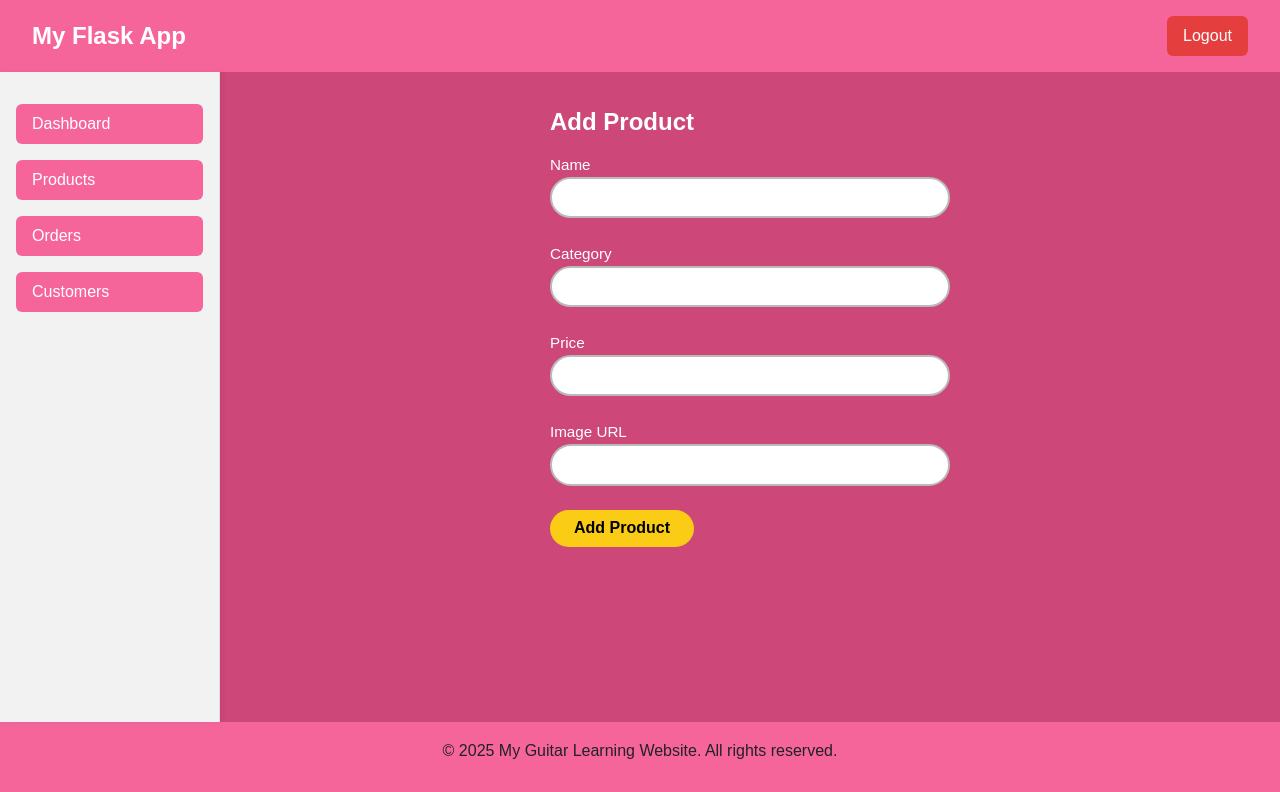
Repository: rywkoo/LearnGuitar
Page: templates/admin/addproduct.html
An editor plug-in stored every save of this project. The page is shown before and after the next save, followed by the edit.
The browser window is 1280 px wide. The pictures show the whole page.
The page is served by the project's application, run on Flask 3 (app.py). Other server files are loaded and not shown. The template is opened directly, without the code that normally fills it, so the values that code supplies are empty.

Above is the page before, as saved 2025-08-25 20:38:56.

### templates/admin/addproduct.html
{% extends "admin/admin_master.html" %}

{% block main_content %}


<div  style="width: 400px; margin: auto;">
    <h2 style="color: white;">Add Product</h2>
    <form method="POST">
        <div class="mb-3">
            <label style="color: white;">Name</label>
            <input class="input"type="text" name="name" class="form-control" required>
        </div>
    </br>
        <div class="mb-3">
            <label style="color: white;" >Category</label>
            <input class="input"  type="text" name="category" class="form-control" required>
        </div>
        </br>
        <div class="mb-3">
            <label style="color: white;" >Price</label>
            <input class="input" type="number" name="price" class="form-control" required>
        </div>
        </br>
        <div class="mb-3">
            <label style="color: white;">Image URL</label>
            <input class="input" type="text" name="image" class="form-control" required>
        </div>
        </br>
        <button class="btn btn-primary" type="submit">Add Product</button>
    </form>
</div>
{% endblock %}

### templates/admin/admin_master.html
<!DOCTYPE html>
<html lang="en">
<head>
  <meta charset="UTF-8">
  <title>{% block title %}My Flask App{% endblock %}</title>
  {% include "css.html" %}
</head>
<body style="margin:0; font-family: sans-serif;">

  <!-- ===== Navbar ===== -->
  <nav style="padding: 1rem 2rem; display: flex; justify-content: space-between; align-items: center; background: #f6659a; color:white;">
    <div class="logo" style="font-weight: 700; font-size: 1.5rem;">My Flask App</div>
    <div class="nav-links" style="display: flex; gap:5px;">
      <a href="/logout" style="padding: 0.5rem 1rem; background: #e53e3e; color:white; border-radius: 6px; text-decoration:none;">Logout</a>
    </div>
  </nav>

  <!-- ===== Layout Wrapper ===== -->
  <div style="display: flex; min-height: calc(100vh - 70px);">

    <!-- ===== Sidebar ===== -->
    <aside style="
      width: 220px;
      background: #f2f2f2;
      padding: 2rem 1rem;
      border-right: 1px solid #ddd;
      box-shadow: 2px 0 6px rgba(0,0,0,0.05);
    ">
      <nav style="display: flex; flex-direction: column; gap: 1rem;">
        <a href="/admin" style="padding: 0.5rem 1rem; border-radius: 6px; background:#f6659a; color:white; text-decoration:none;">Dashboard</a>
        <a href="/admin/products" style="padding: 0.5rem 1rem; border-radius: 6px; background:#f6659a; color:white; text-decoration:none;">Products</a>
        <a href="/admin/orders" style="padding: 0.5rem 1rem; border-radius: 6px; background:#f6659a; color:white; text-decoration:none;">Orders</a>
        <a href="/admin/customers" style="padding: 0.5rem 1rem; border-radius: 6px; background:#f6659a; color:white; text-decoration:none;">Customers</a>
      </nav>
    </aside>

    <!-- ===== Main Content ===== -->
    <main style="flex: 1; padding: 2rem;">
      {% block main_content %}
      <!-- Page content will go here -->
      {% endblock %}
    </main>

  </div>

  <!-- ===== Footer ===== -->
  <footer style="text-align: center; padding: 1rem 1rem; background: #f6659a; color:white; border-top: 1px solid #f6659a;">
    <p>&copy; 2025 My Guitar Learning Website. All rights reserved.</p>
  </footer>

  {% include "script.html" %}

  <script src="https://unpkg.com/vue@3/dist/vue.global.js"></script>
</body>
</html>

### templates/css.html
<!-- css.html -->
<link rel="stylesheet" href="{{ url_for('static', filename='css/btn.css') }}">
<link rel="stylesheet" href="{{ url_for('static', filename='css/card.css') }}">
<link rel="stylesheet" href="{{ url_for('static', filename='css/input.css') }}">
<link rel="stylesheet" href="{{ url_for('static', filename='css/typography.css') }}">
<link rel="stylesheet" href="{{ url_for('static', filename='css/style.css') }}">
<link rel="stylesheet" href="{{ url_for('static', filename='css/animation.css') }}">
<link rel="stylesheet" href="{{ url_for('static', filename='css/lesson.css') }}">
<link rel="stylesheet" href="{{ url_for('static', filename='css/shop.css') }}">

### templates/script.html
<script src="https://cdn.jsdelivr.net/npm/sweetalert2@11"></script>
<script>
  // ===== Background Slider =====
  (function() {
    const bgSlider = document.querySelector('.hero-left .hero-bg-slider');
    if (!bgSlider) return; // Exit if element doesn't exist

    const images = [
      'https://www.uk-anime.net/images/bocchimain.png',
      'https://www.cnet.com/a/img/resize/3b4b3e192a9d75bd060ba4debe8d13a14caef990/hub/2024/07/06/b6981ace-771d-4971-8a9e-60e8c83bc66e/bocchi-the-rock-photo-1.jpg?auto=webp&fit=crop&height=900&width=1200',
      'https://www.uk-anime.net/images/bocchimain.png',
      'https://www.cnet.com/a/img/resize/3b4b3e192a9d75bd060ba4debe8d13a14caef990/hub/2024/07/06/b6981ace-771d-4971-8a9e-60e8c83bc66e/bocchi-the-rock-photo-1.jpg?auto=webp&fit=crop&height=900&width=1200'
    ];

    let current = 0;

    function changeBackground() {
      bgSlider.style.backgroundImage = `url(${images[current]})`;
      current = (current + 1) % images.length;
    }

    changeBackground();
    setInterval(changeBackground, 5000);
  })();
</script>

<script>
  // ===== Quantity Adjust =====
  function adjustQty(delta) {
    const input = document.getElementById('quantityInput');
    if (!input) return; // Exit if element doesn't exist

    let value = parseInt(input.value);
    if (!isNaN(value)) {
      input.value = Math.max(1, value + delta);
    }
  }
</script>

### app.py
from flask import Flask, render_template, request, redirect, url_for, flash, session, jsonify
from flask_mail import Mail, Message
import json
import requests
from datetime import date
from dotenv import load_dotenv
import os
from reportlab.lib.pagesizes import letter
from reportlab.pdfgen import canvas

app = Flask(__name__)
app.secret_key = "741e4fa4-f067-4aec-b48d-deb18e9cca92"

import route

@app.route("/components")
def components():
    return render_template("component.html")

if __name__ == "__main__":
    app.run(debug=True)

### static/css/btn.css
.btn {
  display: inline-block;
  padding: 0.6rem 1.5rem;
  border-radius: 9999px;  /* fully rounded */
  border: none;
  cursor: pointer;
  font-weight: 600;
  text-decoration: none;
  transition: background 0.2s, box-shadow 0.2s;
  font-size: 1rem;

  /* Add shadow */
/* flat shadow downwards */
}

/* Optional: hover effect (slightly stronger shadow) */
.btn:hover {
  box-shadow: 0 3px 0 #45454576;
}

/* Primary: Yellow bg, black text */
.btn-primary {
  background: #facc15;
  color: #000;
}

/* Secondary: Blue bg, white text */
.btn-secondary {
  background: #3b82f6;
  color: #fff;
}

/* Danger: Red bg, white text */
.btn-danger {
  background: #ef4444;
  color: #fff;
}

### static/css/card.css
/* ===== Base Card Component ===== */
.card {
  border-radius: 16px;       /* rounded corners */
  padding: 1.5rem;
  margin-bottom: 1.5rem;
  transition: box-shadow 0.3s, transform 0.2s;
  color: #111;               /* default text color */
  box-shadow: 0 4px 0 #888888; /* default flat shadow */
}

.card:hover {
  transform: translateY(-2px);
  box-shadow: 0 6px 0 #888888; /* slightly longer shadow on hover */
}

/* ===== Card Variants ===== */

/* Primary - Pink */
.card-pink {
  background: #f6659a;       /* light pink */
  box-shadow: 0 4px 0 #d35c7f;
}
.card-pink:hover {
  box-shadow: 0 6px 0 #af4d6b;
}

/* Secondary - Yellow */
.card-yellow {
  background: #facc15;       /* yellow */
  box-shadow: 0 4px 0 #d4a90f;
}
.card-yellow:hover {
  box-shadow: 0 6px 0 #e0b01a;
}

/* Danger/Accent - Blue */
.card-blue {
  background: #3b82f6;       /* blue */
  color: #fff;               /* white text for contrast */
  box-shadow: 0 4px 0 #2563eb;
}
.card-blue:hover {
  box-shadow: 0 6px 0 #1d4ed8;
}

/* Card header */
.card h2 {
  font-size: 1.25rem;
  margin-bottom: 0.8rem;
}

/* Card paragraph/text */
.card p {
  font-size: 1rem;
}

### static/css/input.css
/* ===== Input Fields ===== */
* {
  margin: 0;
  padding: 0;
  box-sizing: border-box; /* ensures padding is included in width */
}


.input {
  width: 100%;
  padding: 0.6rem 1rem;
  border: 2px solid #bababa;   /* gray border matching shadow */
  border-radius: 9999px;       /* fully rounded, like buttons */
  background: #ffffff;         /* very light pink background */
  font-size: 1rem;
  outline: none;
  transition: border-color 0.2s, box-shadow 0.2s;
  color: #111;                 /* dark text */
}

### static/css/typography.css
/* ===== Global Text Settings ===== */
body {
  font-family: 'Segoe UI', Tahoma, Geneva, Verdana, sans-serif;
  color: #111;       /* dark text for readability */
  line-height: 1.5;
  background: #fffafc; /* subtle light background */
}

/* ===== Headings ===== */
h1 {
  font-size: 2rem;
  font-weight: 700;
  margin-bottom: 1rem;
  color: #111;
}

h2 {
  font-size: 1.5rem;
  font-weight: 600;
  margin-bottom: 0.8rem;
  color: #111;
}

h3 {
  font-size: 1.25rem;
  font-weight: 500;
  margin-bottom: 0.6rem;
  color: #111;
}

/* ===== Paragraphs ===== */
p {
  font-size: 1rem;
  margin-bottom: 0.8rem;
  color: #222;  /* slightly lighter than headings */
}

/* ===== Labels ===== */
label {
  font-size: 0.95rem;
  font-weight: 500;
  color: #111;
}

/* ===== Links ===== */
a {
  text-decoration: none;
  transition: color 0.2s;
}

a:hover {
  text-decoration: none;
}

/* ===== Small Text ===== */
small {
  font-size: 0.85rem;
  color: #ffffff;
}

/* ===== Button Text ===== */
.btn {
  font-family: inherit; /* use same font as body */
  font-weight: 600;
  font-size: 1rem;
  text-align: center;
}

### static/css/style.css
body {
    background-color: #cd4778;
}

### static/css/animation.css

/* Animate background position horizontally */
@keyframes slideBg {
  0% { background-position: 0% center; }
  25% { background-position: 100% center; }
  50% { background-position: 200% center; }
  75% { background-position: 300% center; }
  100% { background-position: 400% center; }
}

### static/css/lesson.css
/* ===== Lesson Cards ===== */
.lesson-card {
  display: flex;
  align-items: center;
  gap: 1rem;
  padding: 1rem 1.5rem;
  border-radius: 16px;
  box-shadow: 0 4px 0 #888888; /* flat shadow downward */
  background: #fff;
  transition: transform 0.2s, box-shadow 0.2s;
}

.lesson-card:hover {
  transform: translateY(-3px);
  box-shadow: 0 6px 0 #666666;
}

/* Lesson image on the left */
.lesson-image img {
  width: 100px;
  height: 100px;
  object-fit: cover;
  border-radius: 8px;
}

/* Title in the middle */
.lesson-title {
  flex: 1;
  font-size: 1.2rem;
  color: #111;
}

/* Button on the right */
.lesson-action .btn {
  padding: 0.5rem 1.2rem;
  font-size: 1rem;
}

/* Optional: responsive for small screens */
@media (max-width: 600px) {
  .lesson-card {
    flex-direction: column;
    align-items: flex-start;
  }
  .lesson-action {
    width: 100%;
    margin-top: 0.5rem;
  }
}

### static/css/shop.css
/* ===== Shop Container ===== */
.shop-container {
  display: flex;
  gap: 2rem;
  padding: 2rem;
  max-width: 100vw;    /* use full viewport width */
  margin: 0 auto;      /* center horizontally */
  box-sizing: border-box;
}

/* ===== Shop Sidebar ===== */
.shop-sidebar {
  width: 250px;              /* fixed width */
  flex-shrink: 0;            /* don't shrink */
  background: #f5f5f5;       /* light gray background */
  padding: 1.5rem;
  border-radius: 16px;
  box-shadow: 0 4px 0 #ccc;  /* flat shadow downward */
  display: flex;
  flex-direction: column;
  gap: 1.5rem;
  position: sticky;
  top: 1rem;                 /* stick to top when scrolling */
  height: fit-content;
}

/* Sidebar headings */
.shop-sidebar h3 {
  font-size: 1.1rem;
  font-weight: 600;
  color: #111;
  margin-bottom: 0.5rem;
}

/* Inputs inside sidebar */
.shop-sidebar input[type="text"],
.shop-sidebar input[type="checkbox"] {
  margin-bottom: 0.5rem;
}

/* Checkbox labels */
.shop-sidebar label {
  display: flex;
  align-items: center;
  gap: 0.5rem;
  font-size: 0.9rem;
  color: #111;
  cursor: pointer;
}

/* Filter button */
.shop-sidebar .btn-filter {
  background: #3b82f6;       /* blue button */
  color: #fff;
  padding: 0.6rem 1rem;
  border-radius: 12px;
  font-weight: 600;
  border: none;
  cursor: pointer;
  transition: background 0.2s, box-shadow 0.2s;
}

.shop-sidebar .btn-filter:hover {
  background: #2563eb;
  box-shadow: 0 3px 0 #666;
}

/* ===== Shop Products Grid ===== */
.shop-products {
  display: grid;
  grid-template-columns: repeat(auto-fill, minmax(250px, 1fr));
  gap: 1rem;
  flex: 1; /* take remaining space next to sidebar */
}

/* ===== Shop / Instrument Card ===== */
.shop-card {
  display: flex;
  flex-direction: column;
  align-items: center;
  gap: 0.5rem;
  padding: 1rem;
  border-radius: 16px;
  box-shadow: 0 4px 0 #888888; /* flat shadow downward */
  background: #fff;
  transition: transform 0.2s, box-shadow 0.2s;
}

.shop-card:hover {
  transform: translateY(-3px);
  box-shadow: 0 6px 0 #666666;
}

/* Category badge */
.shop-card .shop-category {
  padding: 0.2rem 0.6rem;
  border-radius: 12px;
  background-color: #facc15; /* yellow badge */
  color: #111;
  font-size: 0.8rem;
  font-weight: 600;
  text-transform: uppercase;
}

/* Instrument image */
.shop-card img {
  width: 100%;
  aspect-ratio: 1 / 1; /* keep square */
  object-fit: cover;
  border-radius: 12px;
}

/* Instrument title */
.shop-card .shop-title {
  font-size: 1.1rem;
  font-weight: 600;
  text-align: center;
  color: #111;
}

/* Price */
.shop-card .shop-price {
  font-size: 1rem;
  font-weight: 500;
  color: #444;
}

/* Add to Cart button */
.shop-card .btn-add {
  padding: 0.5rem 1rem;
  margin-top: 0.5rem;
  width: 100%;
  text-align: center;
  border-radius: 12px;
}

/* ===== Responsive adjustments ===== */
@media (max-width: 900px) {
  .shop-container {
    flex-direction: column;
  }

  .shop-sidebar {
    width: 100%;
    position: relative;
    top: auto;
    box-shadow: none;
    border-radius: 0;
    padding: 1rem 0;
  }

  .shop-products {
    grid-template-columns: repeat(auto-fill, minmax(200px, 1fr));
  }
}

@media (max-width: 600px) {
  .shop-products {
    grid-template-columns: 1fr;
  }
}

After the next save:
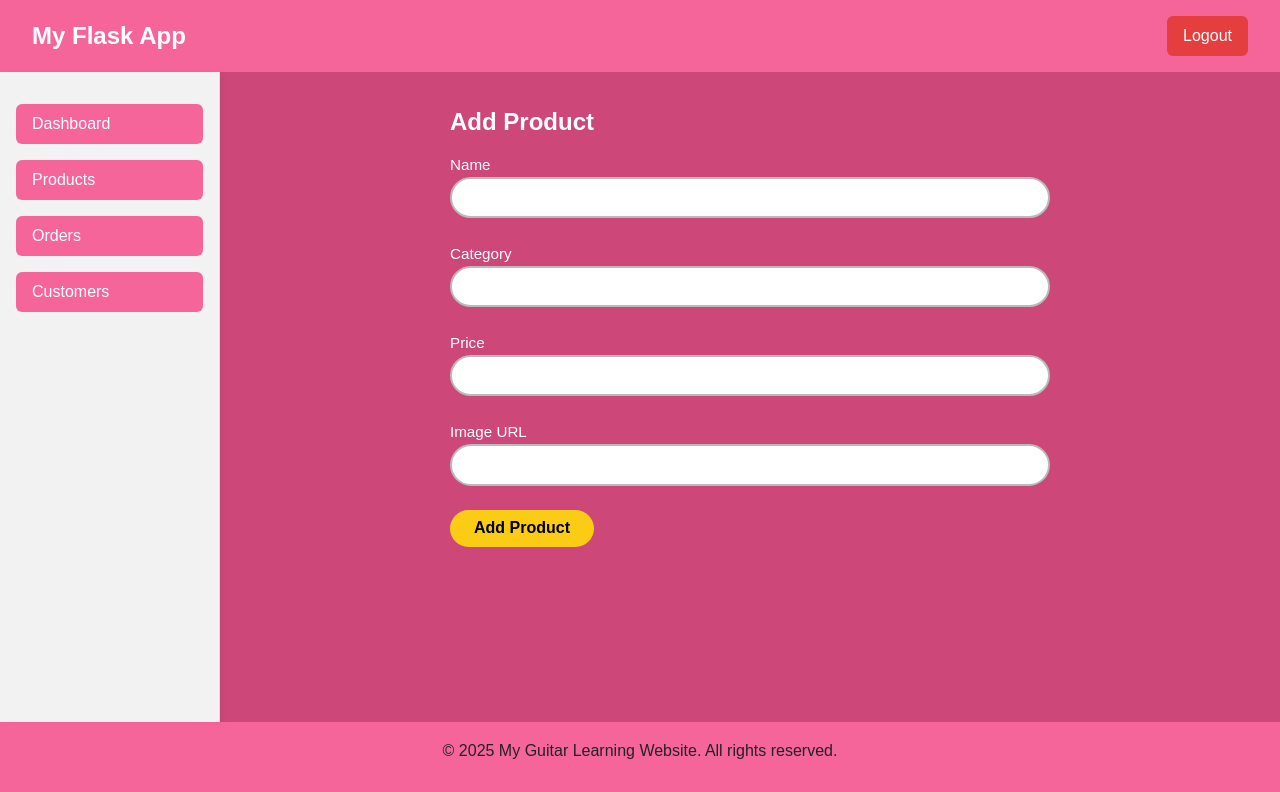
Saved 8 s later.
--- a/templates/admin/addproduct.html
+++ b/templates/admin/addproduct.html
@@ -3,7 +3,7 @@
 {% block main_content %}
 
 
-<div  style="width: 400px; margin: auto;">
+<div  style="width: 600px; margin: auto;">
     <h2 style="color: white;">Add Product</h2>
     <form method="POST">
         <div class="mb-3">
